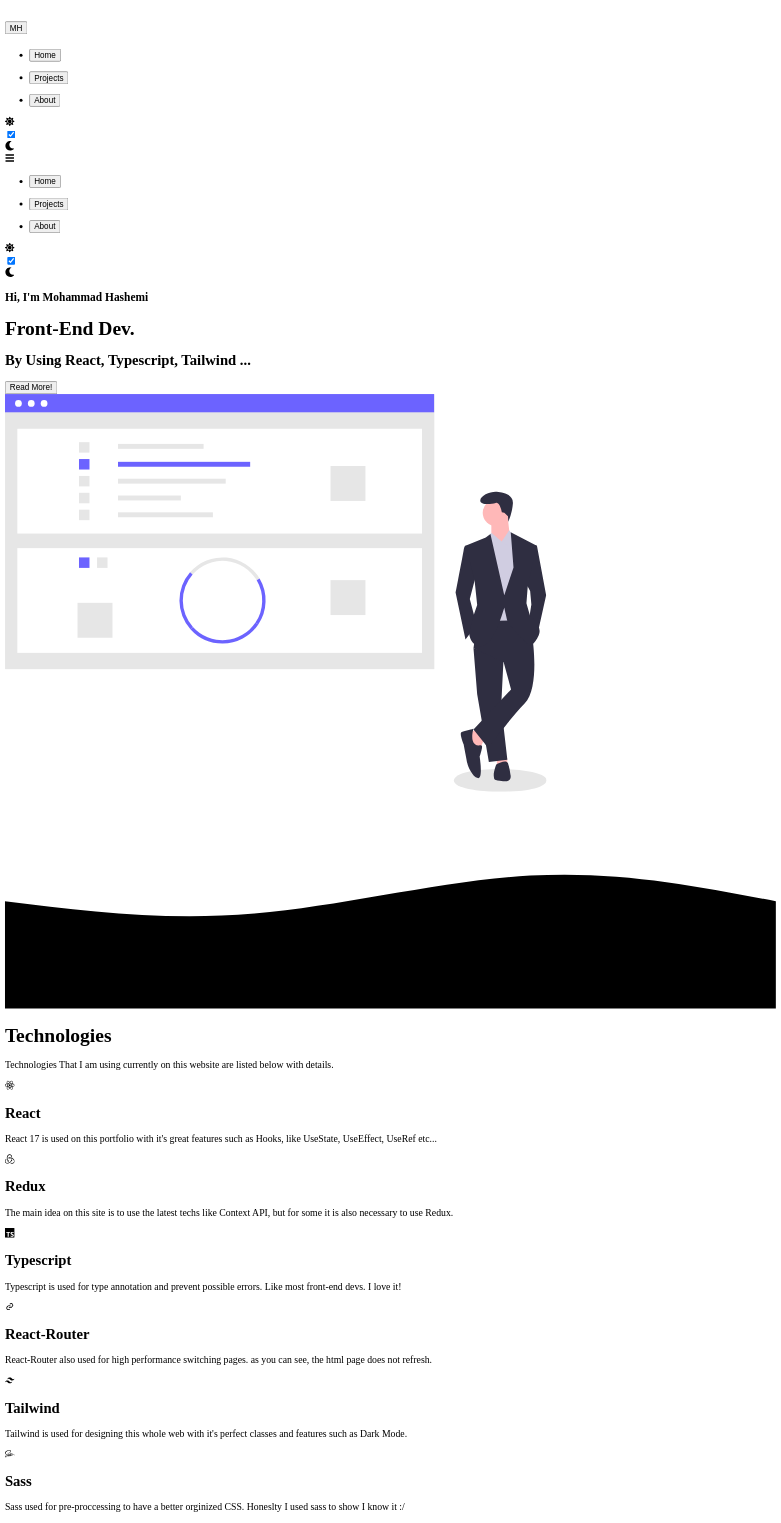
Repository: SMohammadH/react-typescript-tailwind
Page: /
These files come from the project's save history. The page is drawn as it stood at one moment and after the next save; the edit follows.
The browser window is 1280 px wide. The pictures show the whole page, at 61% of full size.
The project was rebuilt for these pictures with package versions that can differ from the ones it lists, and the page was loaded fresh each time. Also part of the build but not shown: craco.config.js.

Above is the page before, as saved 2021-02-05 05:10:40.

After the next save:
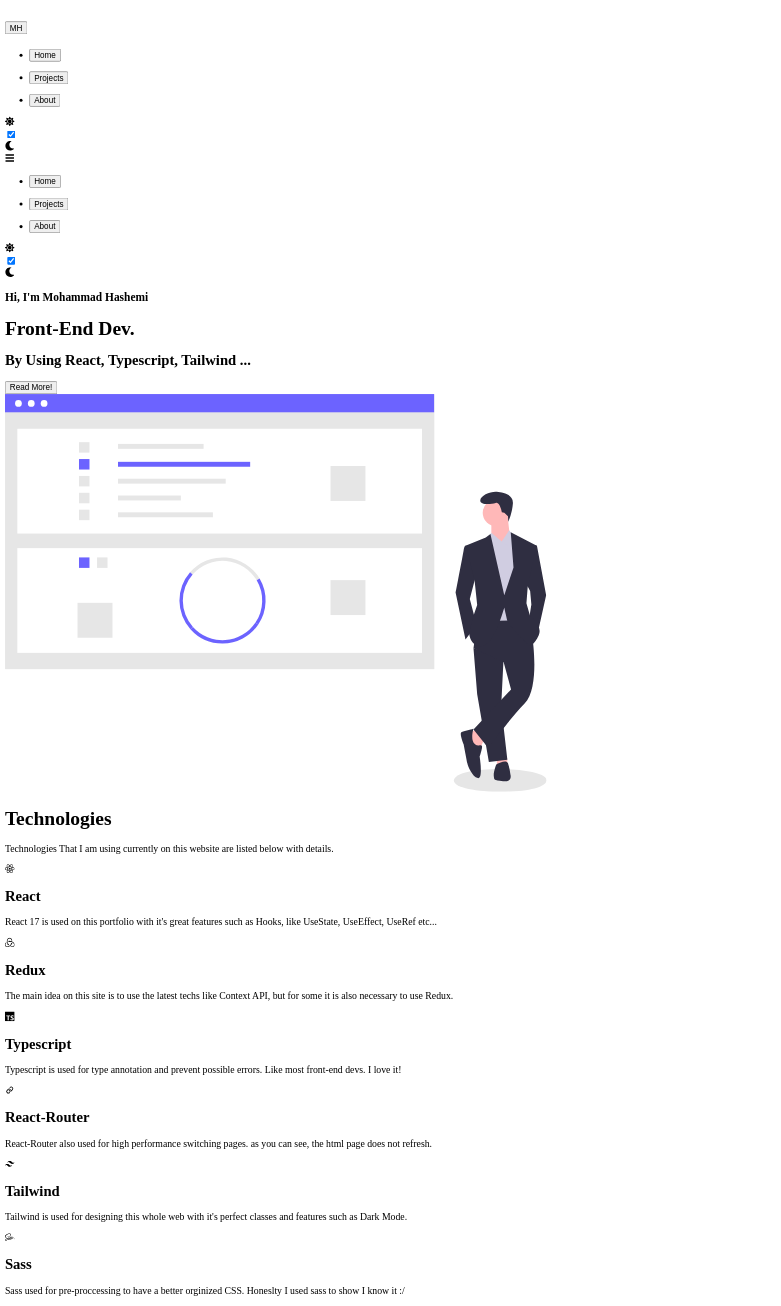
Saved 68 s later.
--- a/src/App.tsx
+++ b/src/App.tsx
@@ -12,22 +12,7 @@
         <Navbar />
         <div className="body bg-primary text-primary">
           <FirstSection />
-          <svg
-            height="100%"
-            width="100%"
-            id="bg-svg"
-            viewBox="0 0 1440 400"
-            xmlns="http://www.w3.org/2000/svg"
-            className="transition duration-300 ease-in-out delay-150"
-          >
-            <path
-              d="M 0,400 C 0,400 0,200 0,200 C 149.7333333333333,218.66666666666666 299.4666666666666,237.33333333333331 466,223 C 632.5333333333334,208.66666666666669 815.8666666666668,161.33333333333334 981,152 C 1146.1333333333332,142.66666666666666 1293.0666666666666,171.33333333333331 1440,200 C 1440,200 1440,400 1440,400 Z"
-              stroke="none"
-              stroke-width="0"
-              fill=""
-              className="color-bg-secondary transition-all duration-300 ease-in-out delay-150"
-            ></path>
-          </svg>
+
           <SecondSection />
         </div>
       </ThemeProvider>
